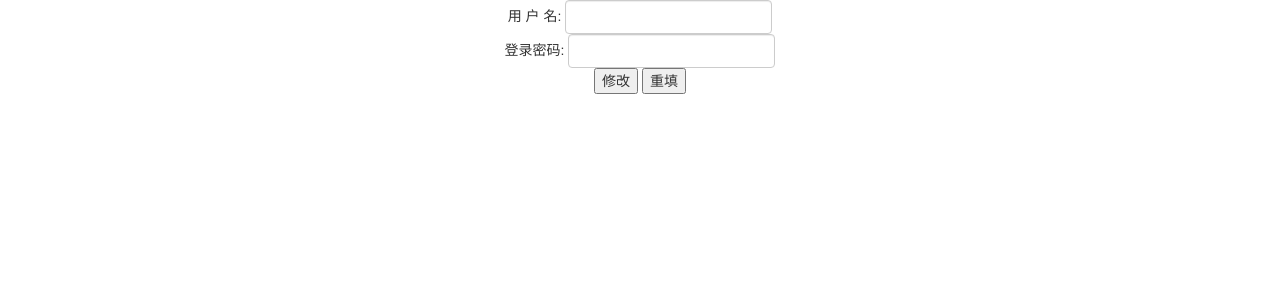
Repository: suxiaohutot/PHP
Page: http://localhost/zhaohuipassword_html.php
These files come from the project's save history. The page is drawn as it stood at one moment and after the next save; the edit follows.
The browser window is 1280 px wide. The pictures show the whole page.
The page is run by PHP 8.4 with error messages shown; the project is at /var/www/html/.

Above is the page before, as saved 2019-10-25 05:39:02.

After the next save:
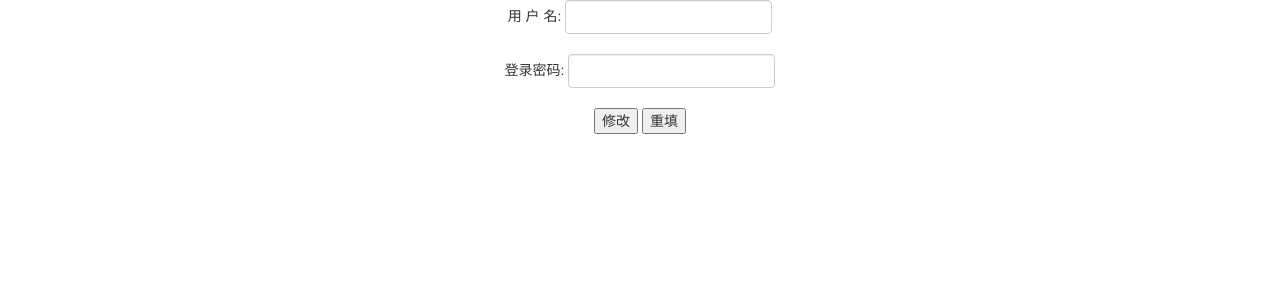
Saved 8 s later.
--- a/test/zhaohuipassword_html.php
+++ b/test/zhaohuipassword_html.php
@@ -10,9 +10,9 @@
 	<div class="form-inline">
 		<div class="form-group">
 			 用  户  名:
-            <input type="text" name="name" class="form-control"><br>
+            <input type="text" name="name" class="form-control"><br><br>
                                   登录密码:
-            <input type="password" name="password" size="20" maxlength="15" class="form-control"><br>
+            <input type="password" name="password" size="20" maxlength="15" class="form-control"><br><br>
 
             <input type="submit" value="修改">
             <input type="reset" value="重填">
